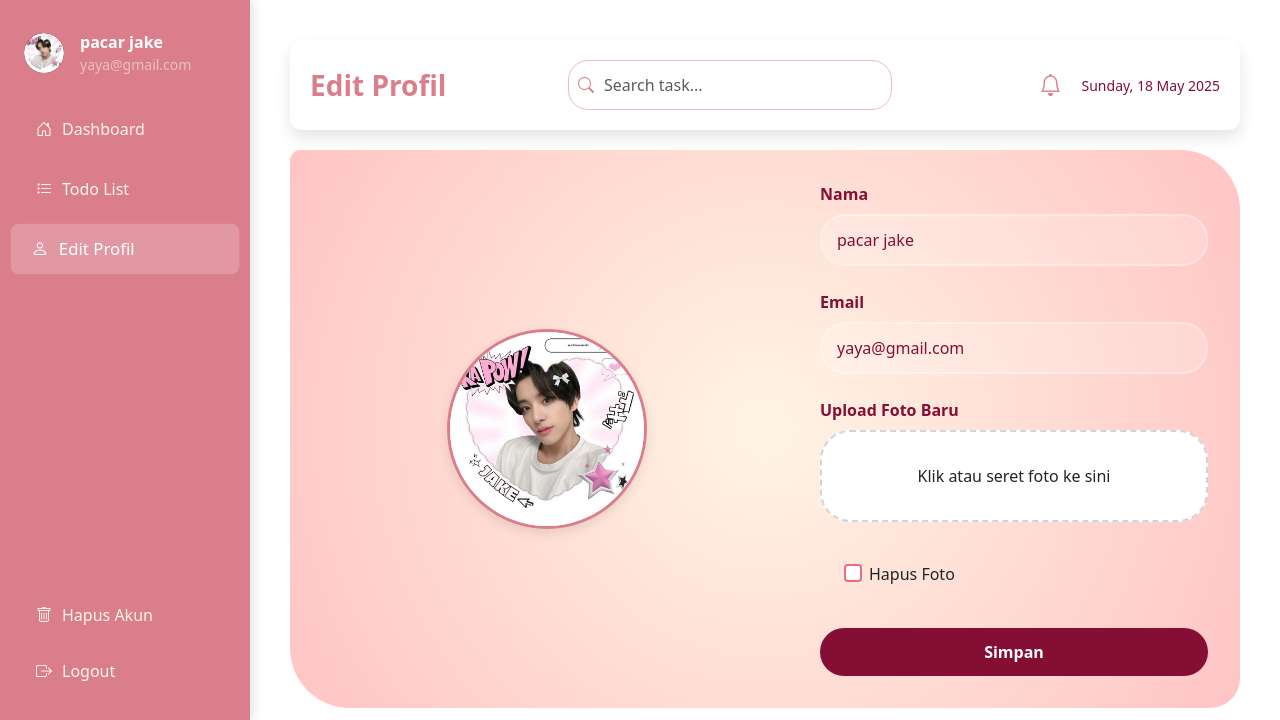
Repository: zhr-nabila/FloTime
Page: http://localhost/profile.php
These files come from the project's save history. The page is drawn as it stood at one moment and after the next save; the edit follows.
The browser window is 1280 px wide. The pictures show the whole page.
The page is run by PHP 8.4 with error messages shown; the project is at /var/www/html/. The session is filled in as if someone had signed in: {"email": "yaya@gmail.com", "status": "login", "user_id": 2}. The database holds what the project's SQL file puts in it.

Above is the page before, as saved 2025-05-18 20:32:34.

After the next save:
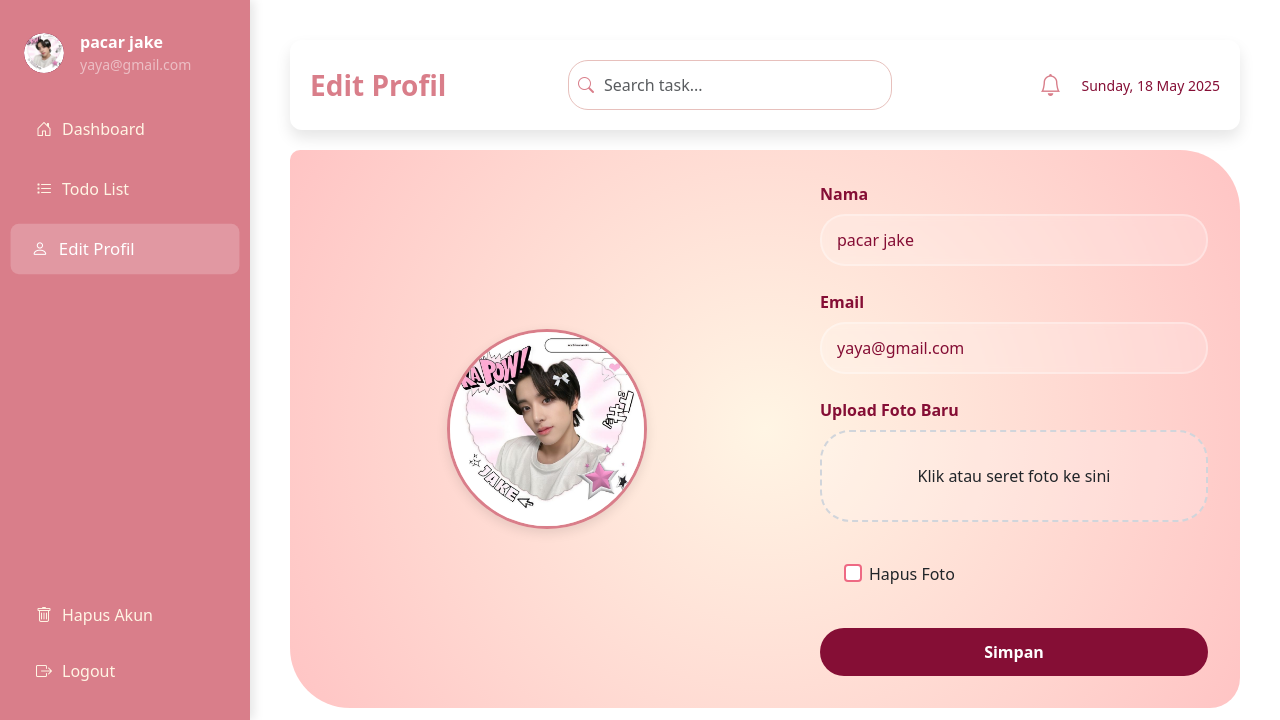
Saved 17 s later.
--- a/css/profile.css
+++ b/css/profile.css
@@ -135,7 +135,7 @@ body {
   padding: 2rem;
   border: 2px dashed var(--c11);
   border-radius: 30px;
-  background-color: var(--c0);
+   background: rgba(255, 255, 255, 0.2) !important;
   cursor: pointer;
   text-align: center;
   transition: all 0.3s ease;
